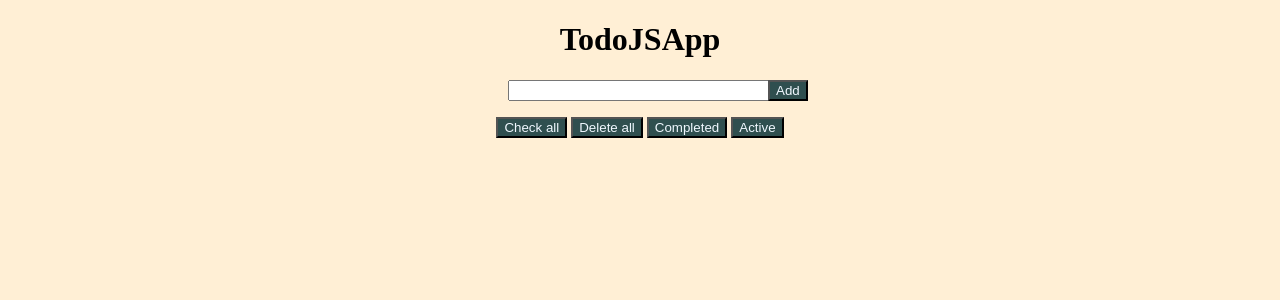
Repository: Follle/Todo
Page: index.html
An editor plug-in stored every save of this project. The page is shown before and after the next save, followed by the edit.
The browser window is 1280 px wide. The pictures show the whole page.

Above is the page before, as saved 2024-03-25 11:45:56.

After the next save:
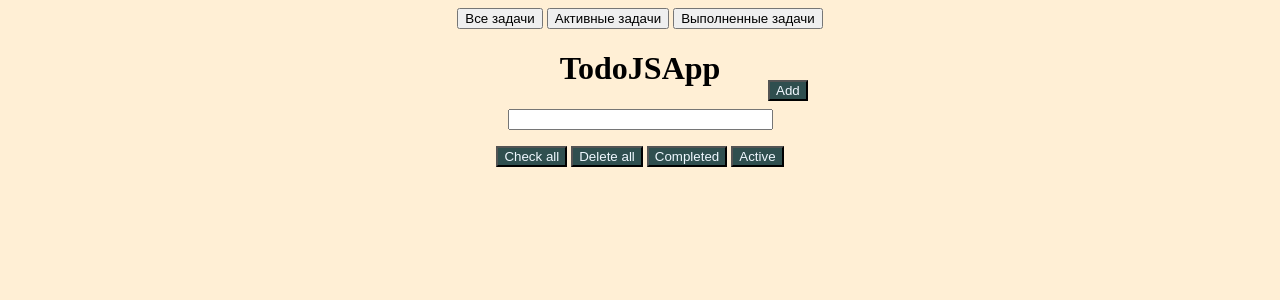
Saved 5 s later.
--- a/index.html
+++ b/index.html
@@ -13,7 +13,9 @@
   </style>
  </head>
  <body>
-
+  <button onclick="displayTasks('All')">Все задачи</button>
+  <button onclick="displayTasks('Active')">Активные задачи</button>
+  <button onclick="displayTasks('Completed')">Выполненные задачи</button>
 
     <h1>TodoJSApp</h1>
     <p style="position: fixed; top:64px; left:60% "><button style = "background:#2F4F4F; color:aliceblue" class="add-btn">Add</button>
